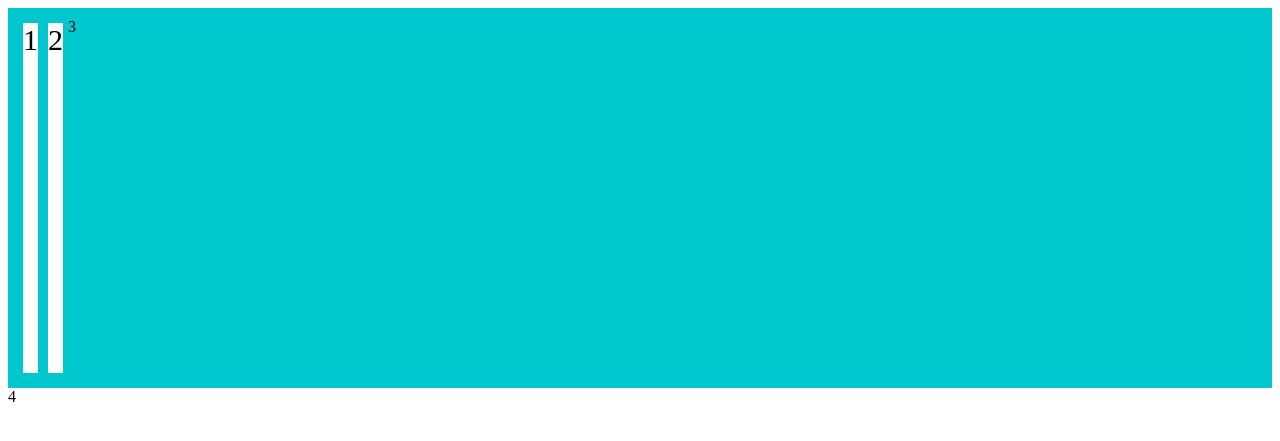
Repository: wakasugisatoi/git
Page: html・css/flexbox/index.html
The author's editor kept a record of every edit. The page is drawn from the files as they stood at one moment, then again after the next edit.
The browser window is 1280 px wide. The pictures show the whole page.

Above is the page before.

After the next edit:
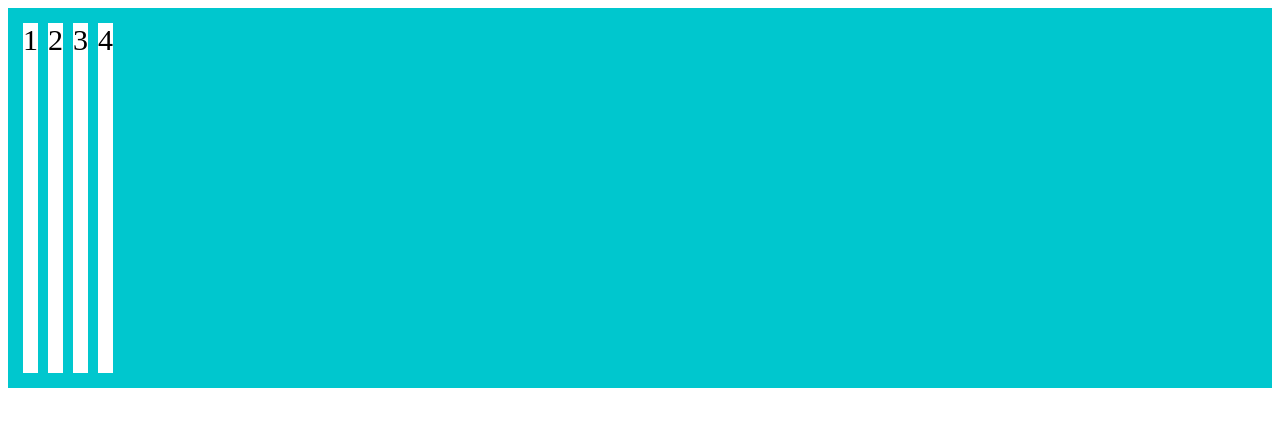
The edit:
--- a/html・css/flexbox/index.html
+++ b/html・css/flexbox/index.html
@@ -10,7 +10,7 @@
   <body>
     <div class="flex">
       <div>1</div>
-      <div>2</div
+      <div>2</div>
       <div>3</div>
       <div>4</div>
 
